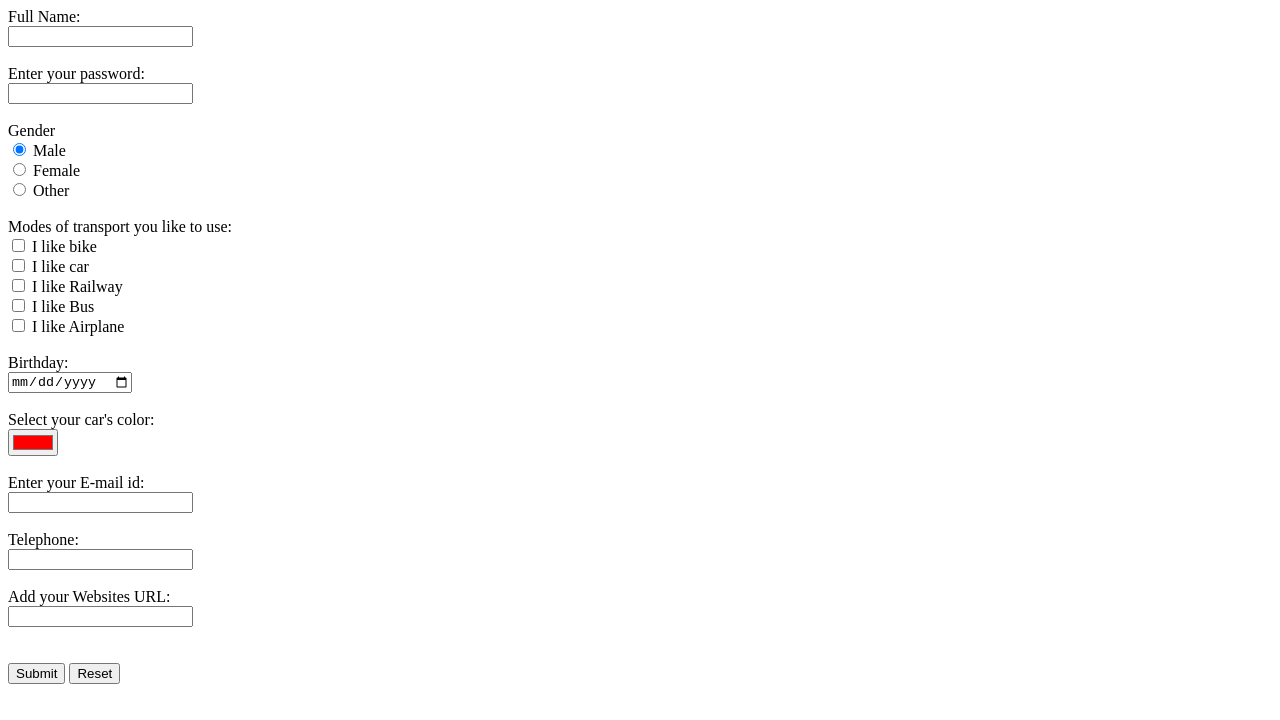
Repository: AdityaParashar93/Homework1_CMPE273
Page: CMPE273/Refresher_JS/WebContent/InputTypes.html
An editor plug-in stored every save of this project. The page is shown before and after the next save, followed by the edit.
The browser window is 1280 px wide. The pictures show the whole page.

Above is the page before, as saved 2016-09-16 05:54:40.

### CMPE273/Refresher_JS/WebContent/InputTypes.html
<!DOCTYPE html>
<html>
<head>
<meta charset="ISO-8859-1">
<title>InputTypes</title>
</head>
<body>
<form>
Full Name:<br>
<input type="text" name="fullname" required><br><br>
Enter your password:<br>
<input type="password" name="password" required><br><br>
Gender<br>
<input type="radio" name="gender" value="male" checked> Male<br>
<input type="radio" name="gender" value="female"> Female<br>
<input type="radio" name="gender" value="other"> Other<br><br>
Modes of transport you like to use:<br>
<input type="checkbox" name="vehicle1" value="Bike"> I like bike<br>
<input type="checkbox" name="vehicle2" value="Car"> I like car<br>
<input type="checkbox" name="vehicle3" value="Rail"> I like Railway<br>
<input type="checkbox" name="vehicle4" value="Bus"> I like Bus<br>
<input type="checkbox" name="vehicle4" value="Airplane"> I like Airplane<br><br>
Birthday:<br>
<input type="date" name="bday" required><br><br>
Select your car's color:<br>
<input type="color" name="favcolor" value="#ff0000"><br><br>
Enter your E-mail id:<br>
<input type="email" name="email" required><br><br>
Telephone:<br>
<input type="tel" name="usrtel"><br><br>
Add your Websites URL:<br>
<input type="url" name="homepage"><br><br><br>
 <input type="submit" value="Submit">
  <input type="reset"><br>
</form>
</body>
</html>

After the next save:
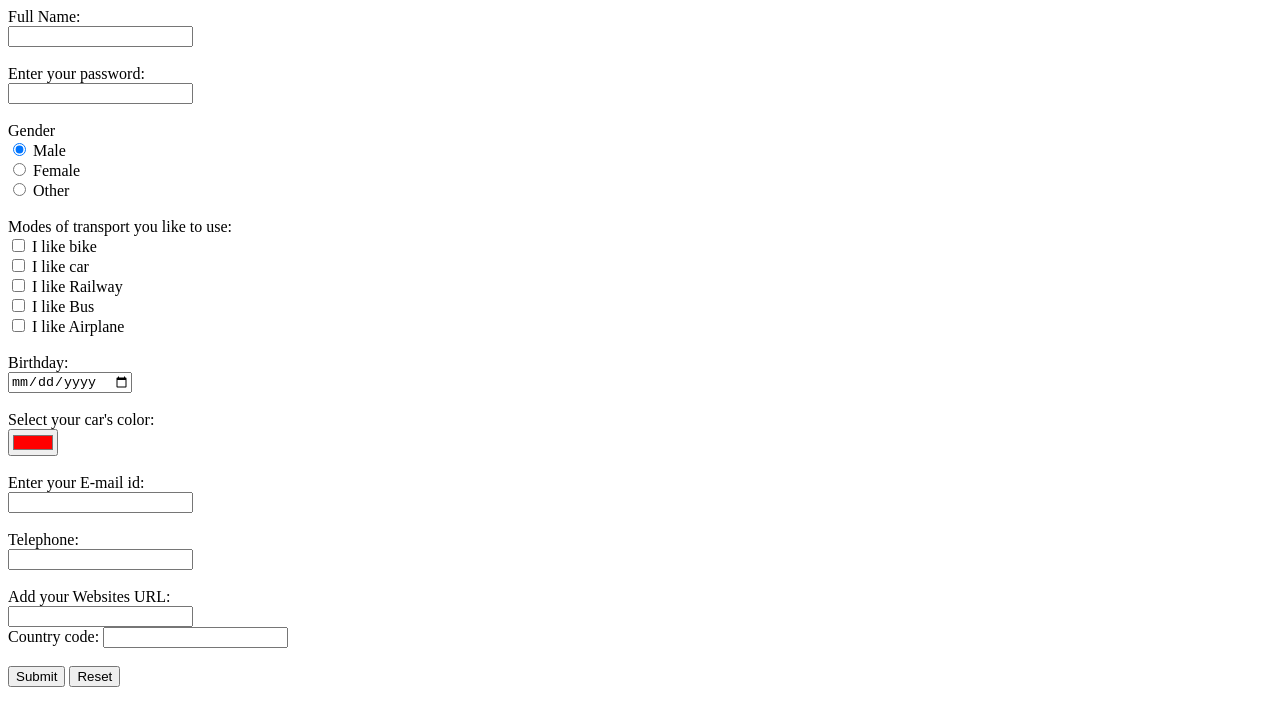
Saved 33 min 53 s later.
--- a/CMPE273/Refresher_JS/WebContent/InputTypes.html
+++ b/CMPE273/Refresher_JS/WebContent/InputTypes.html
@@ -29,7 +29,8 @@ Enter your E-mail id:<br>
 Telephone:<br>
 <input type="tel" name="usrtel"><br><br>
 Add your Websites URL:<br>
-<input type="url" name="homepage"><br><br><br>
+<input type="url" name="homepage"><br>
+Country code: <input type="text" name="country_code" pattern="[A-Za-z]{3}" title="Three letter country code"><br><br>
  <input type="submit" value="Submit">
   <input type="reset"><br>
 </form>
